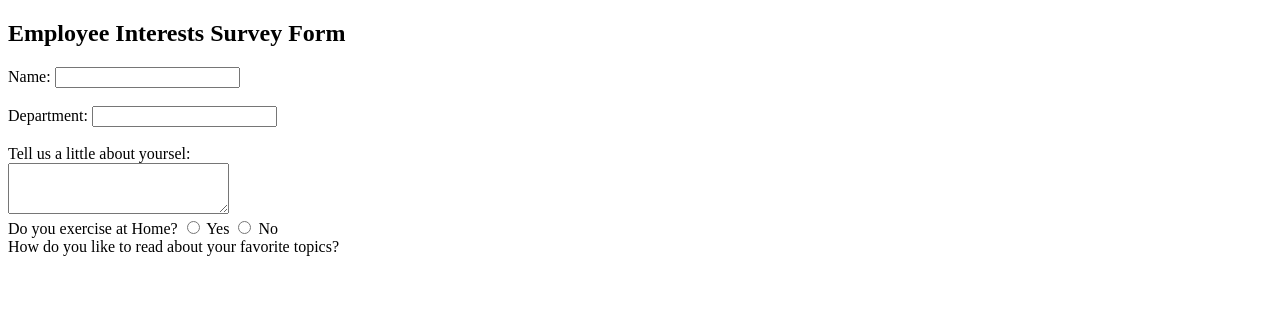
Repository: JoaoLemesDEV/Exercise-Survey-Form
Page: index.html
An editor plug-in stored every save of this project. The page is shown before and after a run of saves, followed by the edit.
The browser window is 1280 px wide. The pictures show the whole page.

Above is the page before, as saved 2021-10-10 18:27:44.

### index.html
<!DOCTYPE html>
<html lang="en">
<head>
  <meta charset="UTF-8">
  <meta http-equiv="X-UA-Compatible" content="IE=edge">
  <meta name="viewport" content="width=device-width, initial-scale=1.0">
  <title>Survey Form</title>
</head>
<body>
  <h2>Employee Interests Survey Form</h2>
  <label for="name">Name: </label>
  <input type="text" name="name" id=""><br><br>
  <label for="dep">Department:</label>
  <input type="text" name="dep" id=""><br><br>
  <label for="comment">Tell us a little about yoursel:</label><br>
  <textarea name="comment" id="comment" cols="25" rows="3"></textarea><br>
  <label for="question01">Do you exercise at Home?</label>
    <input type="radio" name="question01" id="question01">
      <label for="question01">Yes</label>
    <input type="radio" name="question01" id="question01">
      <label for="question01">No</label><br>
  <label for="">How do you like to read about your favorite topics?</label>


</body>
</html>

After the next 2 saves:
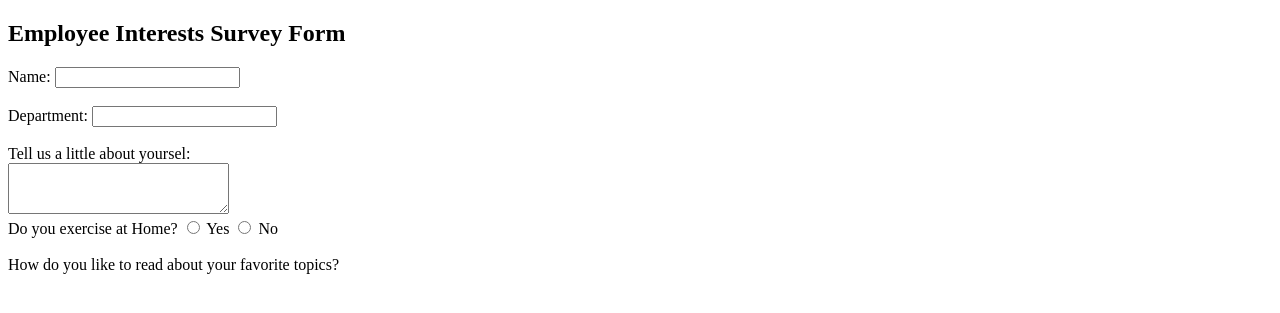
The 2 saves are shown as one change because they came seconds apart.
The last was saved 8 s later.
--- a/index.html
+++ b/index.html
@@ -18,7 +18,7 @@
     <input type="radio" name="question01" id="question01">
       <label for="question01">Yes</label>
     <input type="radio" name="question01" id="question01">
-      <label for="question01">No</label><br>
+      <label for="question01">No</label><br><br>
   <label for="">How do you like to read about your favorite topics?</label>
 
 
